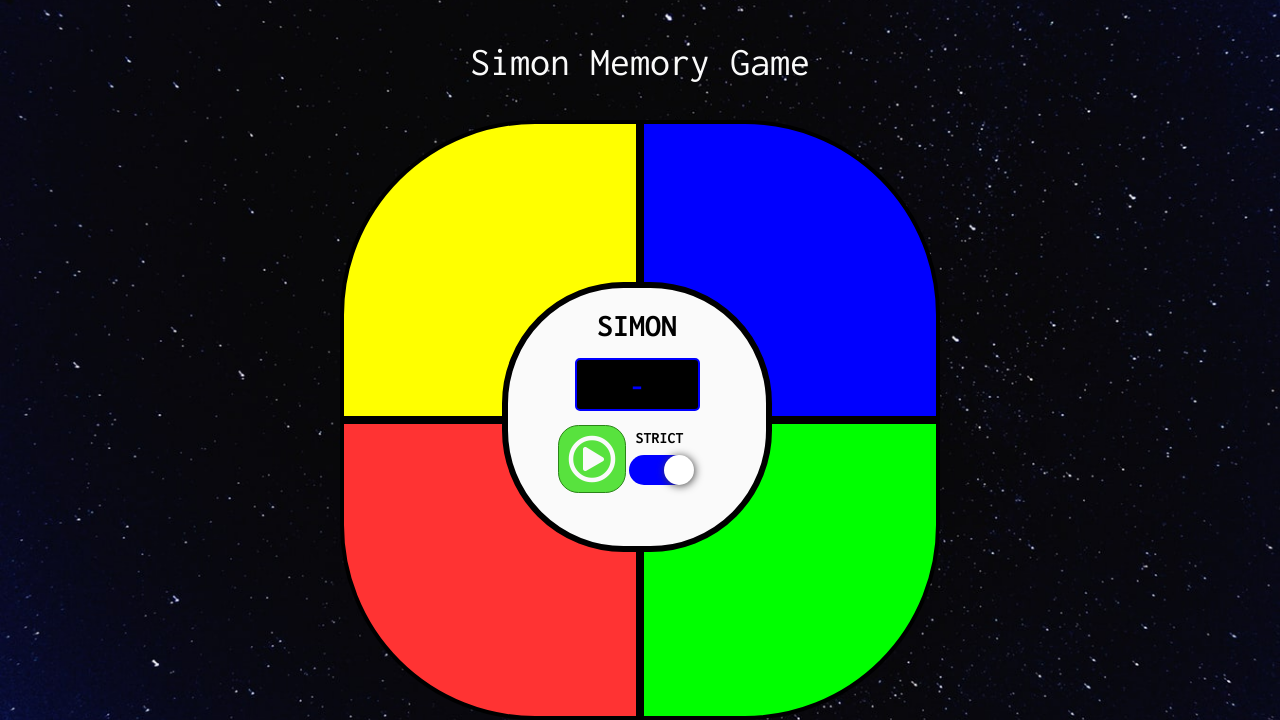
Repository: 5803emma/milestone2-simongame
Page: index.html
The author's editor kept a record of every edit. The page is drawn from the files as they stood at one moment, then again after the next edit.
The browser window is 1280 px wide. The pictures show the whole page.
An inner scrolling area shows only its first screen. Some web libraries are served in a nearby version.

Above is the page before.

After the next edit:
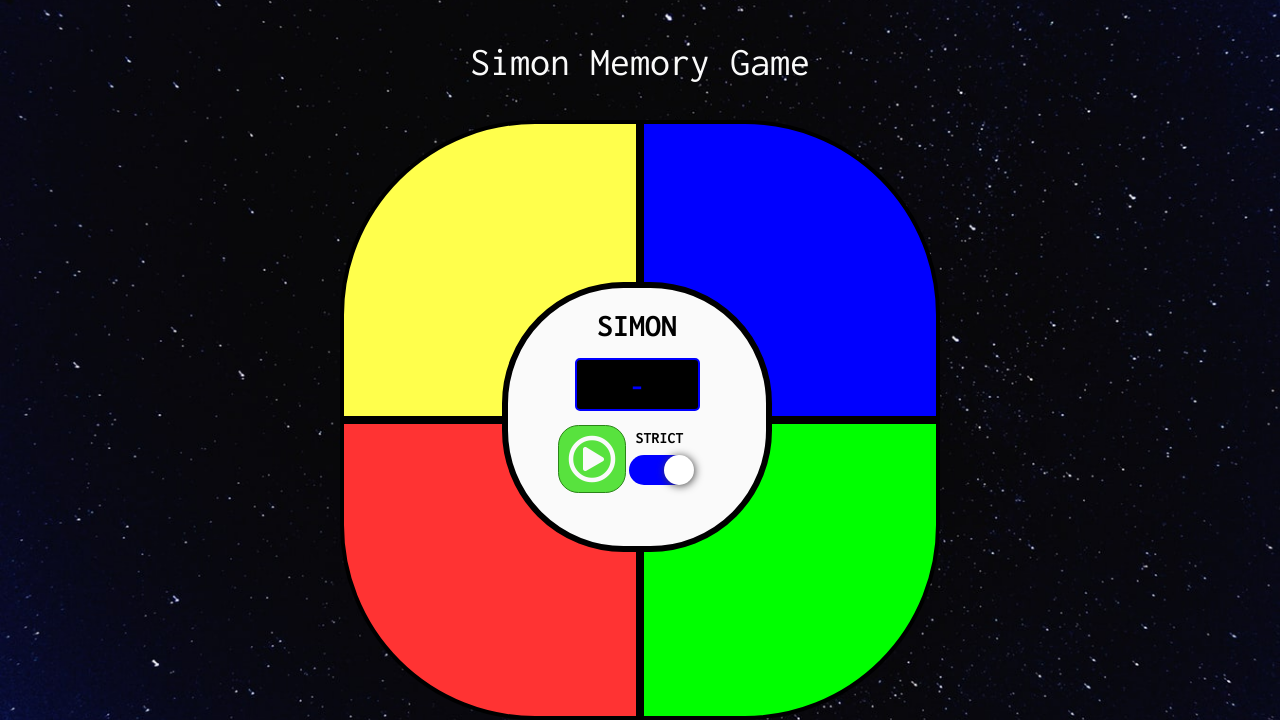
The edit:
--- a/assets/css/style.css
+++ b/assets/css/style.css
@@ -82,7 +82,7 @@
 }
 
 .yellow-block {
-    background-color: yellow;
+    background-color: #ffff4c;
     border-top-left-radius: 65%;
 
 }
